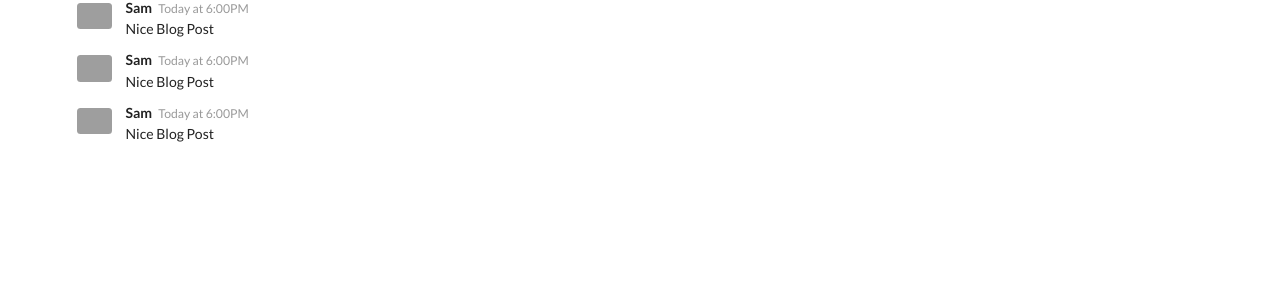
Repository: striver-69/Comments-App
Page: /
An editor plug-in stored every save of this project. The page is shown before and after a run of saves, followed by the edit.
The browser window is 1280 px wide. The pictures show the whole page.
Pictures or frames that could not be fetched are drawn as grey boxes. The project was rebuilt for these pictures with package versions that can differ from the ones it lists, and the page was loaded fresh each time.

Above is the page before, as saved 2021-03-02 04:02:42.

After the next 2 saves:
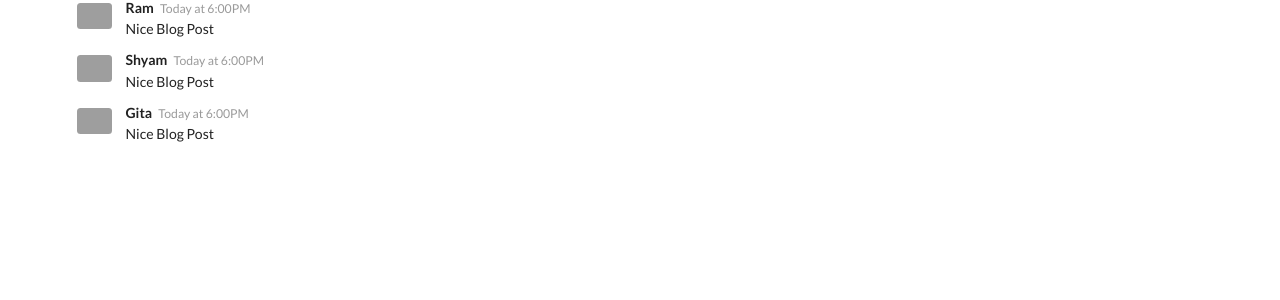
The 2 saves are shown as one change because 1 did not build or start.
The last was saved 63 s later.
--- a/src/CommentDetail.js
+++ b/src/CommentDetail.js
@@ -10,7 +10,7 @@ export default function CommentDetail(props) {
         </a>
         <div className="content">
           <a href="/" className="author">
-            Sam
+            {props.author}
           </a>
           <div className="metadata">
             <span className="date">Today at 6:00PM</span>
